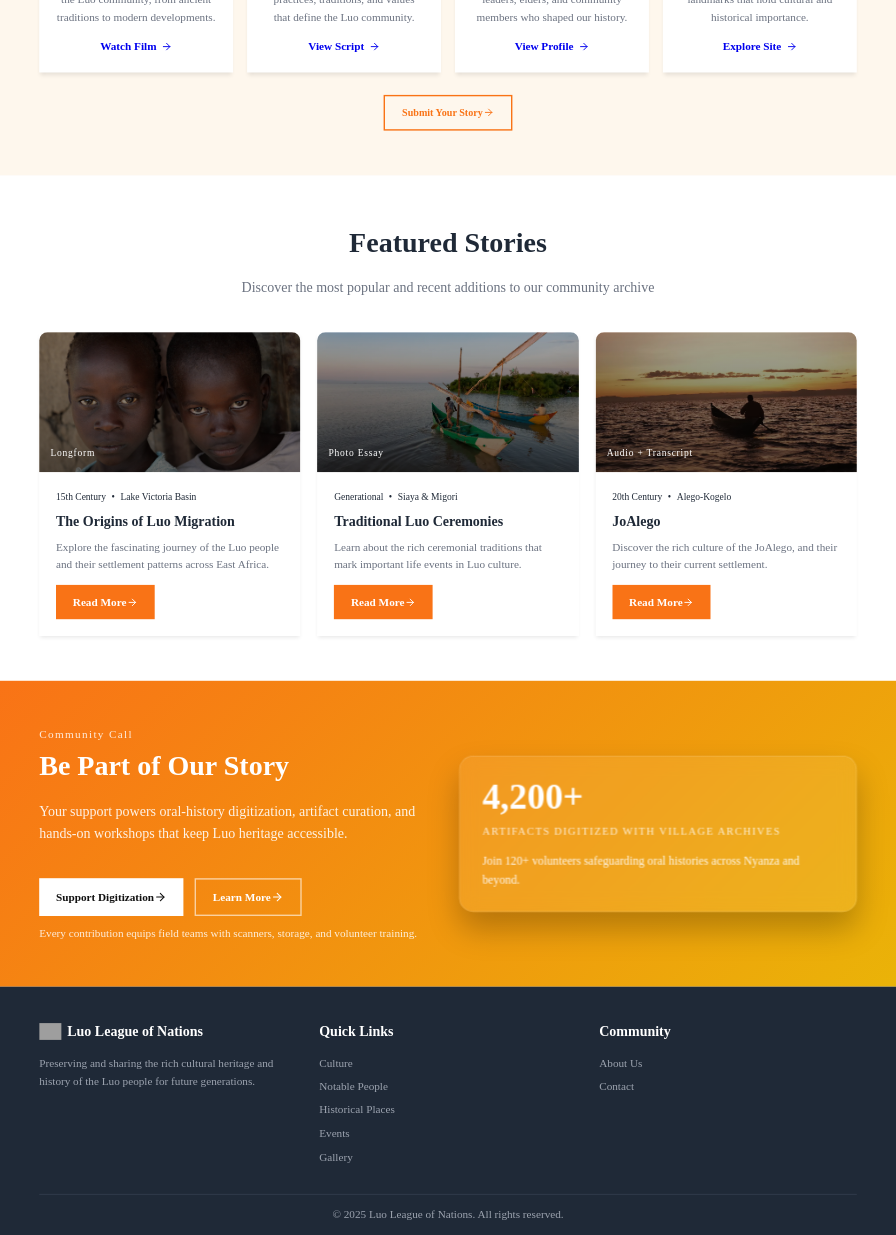
Repository: ianfranko/luo-community-history
Page: /
The author's editor kept a copy of each file at every save. The page is drawn from the files as they stood at one save, then again after the next save.
The browser window is 1280 px wide. The pictures show the part of the page from y = 1312 to 3232 px (the page is 3076 px tall before and 4015 px after), at 70% of full size.
Pictures or frames that could not be fetched are drawn as grey boxes. The project was rebuilt for these pictures with package versions that can differ from the ones it lists, and the page was loaded fresh each time. The framework's server and built-in components were replaced by stand-ins that run in the browser. Also part of the build but not shown: next.config.ts.

Above is the page before, as saved 2025-11-23 07:23:05.

After the next save:
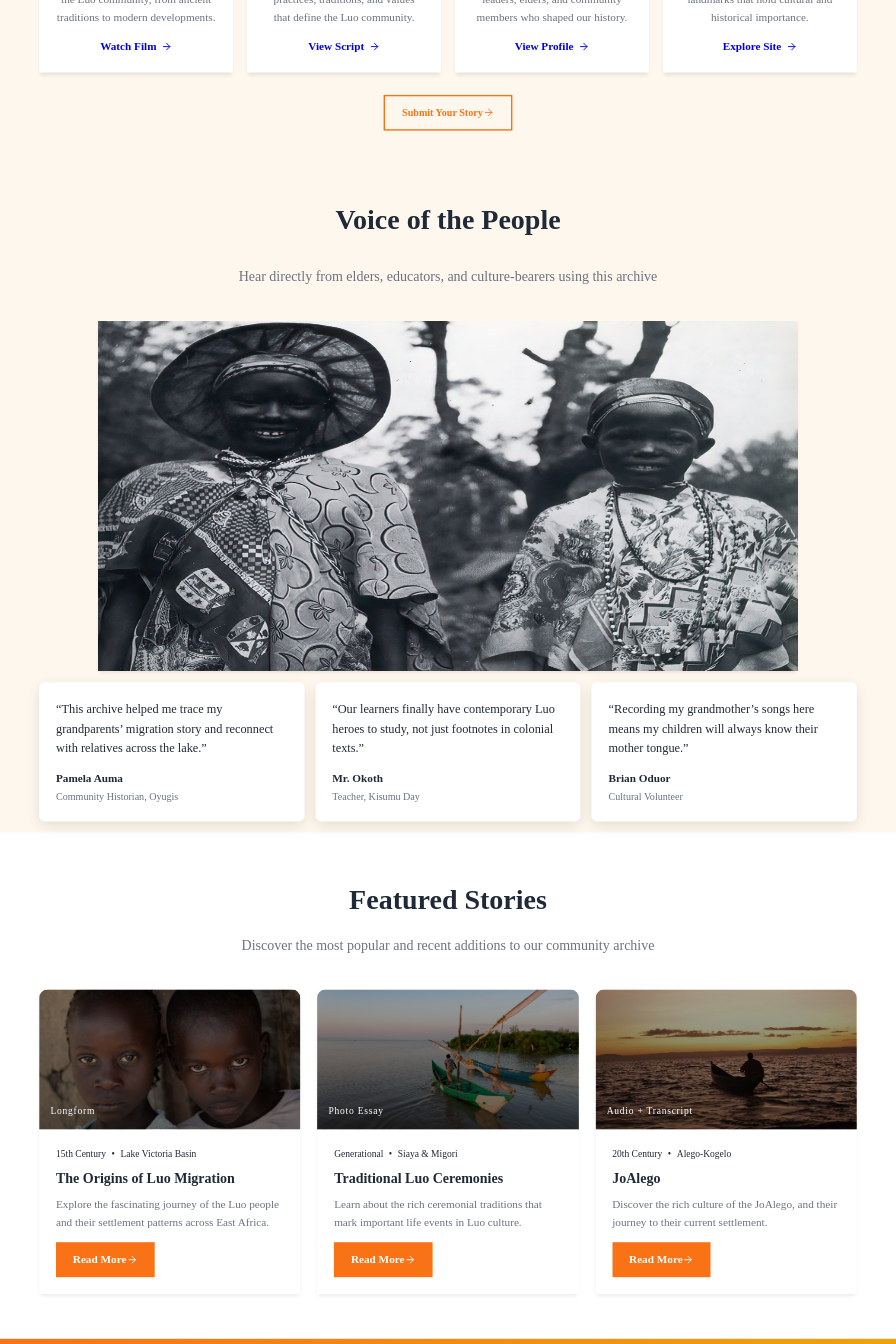
Saved 42 s later.
--- a/src/app/page.tsx
+++ b/src/app/page.tsx
@@ -304,6 +304,47 @@ export default function Home() {
           </div>
         </div>
       </section>
+
+      <section id="voices"
+  className="h-[80vh] flex flex-col items-center justify-start overflow-hidden pt-6"
+>
+  <div className="container py-4 max-w-6xl mx-auto flex flex-col h-full">
+
+    {/* Title */}
+    <h2 className="section-title py-4 text-center mb-1">Voice of the People</h2>
+
+    {/* Subtitle */}
+    <p className="section-subtitle text-center mb-4">
+      Hear directly from elders, educators, and culture-bearers using this archive
+    </p>
+
+    {/* IMAGE (fixed height, always fits) */}
+    <div className="flex justify-center max-h-[2vh] mb-4">
+  <Image
+    src="/luo_03.jpg"
+    alt="Community Archive"
+    width={1000}
+    height={500}
+    className="object-cover w-full max-w-2xl h-[80px] shadow"/>
+</div>
+
+    {/* TESTIMONIALS — auto-fill remaining space */}
+    <div className="grid grid-cols-1 md:grid-cols-3 gap-4 flex-grow overflow-hidden">
+      {testimonials.map((voice) => (
+        <blockquote key={voice.name} className="testimonial-card overflow-hidden p-4">
+          <p className="testimonial-quote text-sm">
+            “{voice.quote}”
+          </p>
+          <div className="testimonial-author mt-2">
+            <span className="author-name font-semibold">{voice.name}</span>
+            <br />
+            <span className="author-title text-xs">{voice.title}</span>
+          </div>
+        </blockquote>
+      ))}
+    </div>
+  </div>
+</section>
       {/* Featured Content Section */}
       <section className="section bg-white" id="stories">
         <div className="container">
